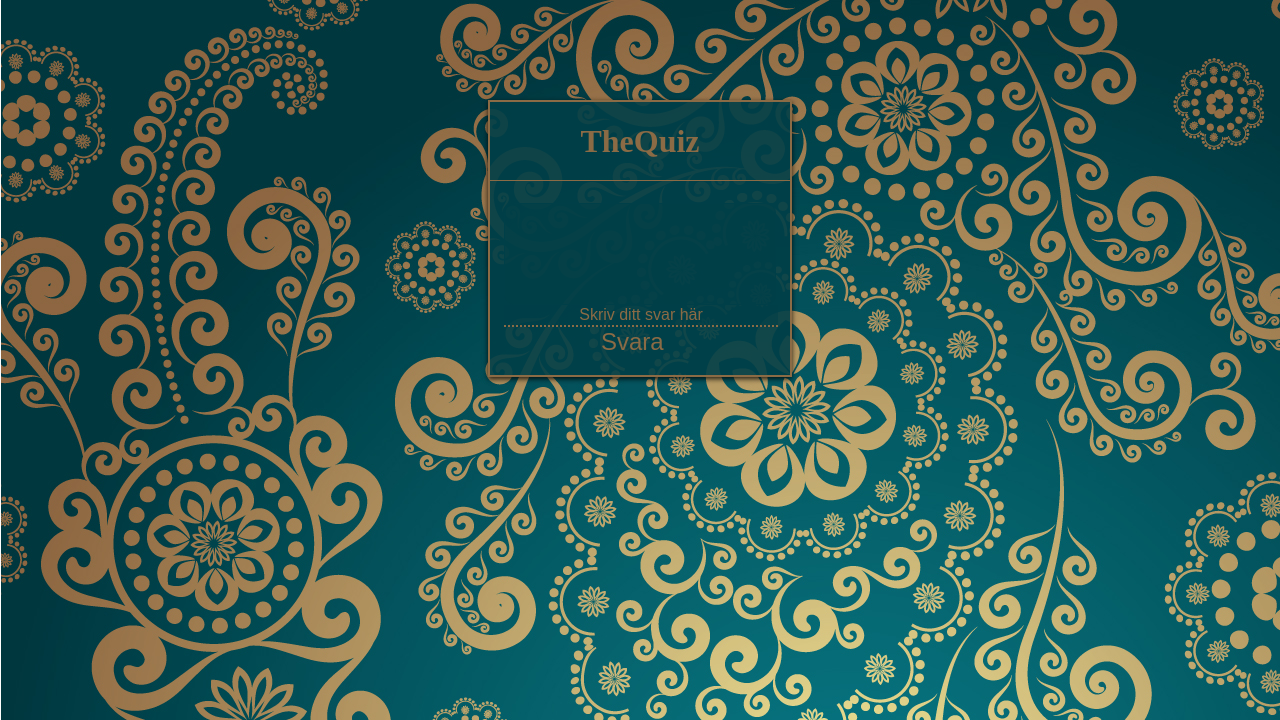
Repository: RebeccaFransson/1dv403-laborationer
Page: 4-thequiz/index.html
The author's editor kept a record of every edit. The page is drawn from the files as they stood at one moment, then again after the next edit.
The browser window is 1280 px wide. The pictures show the whole page.
The page's requests for data from a server got no answer.

Above is the page before.

### 4-thequiz/index.html
<!DOCTYPE html>
<html lang="sv">
<head>
	<meta charset="UTF-8" />
	<link rel="stylesheet" href="style.css" />
    <title>JavaScript - TheQuiz</title>
</head>
    <body>
        <div id="content">
        <header><h1>TheQuiz</h1></header>
        <div id="nr">
            <div id="quest"></div>

        </div>
        <form>
     		<input id="answer" placeholder="Skriv ditt svar här" type="text" id="textvalue" >
     		<input type="submit" value="Svara" id="send"/>
     		<p id="value"></p>
        </form>

        <div id="wrong" class="hidden" >
            <h2>Fel svar</h2> försök igen!
        </div>
        <div id="right" class="hidden" >
            <h2>Rätt svar</h2> nu svara på nästa fråga!
        </div>

 		</div>
 		<script src="script/theQuiz.js"></script>
    </body>
</html>

### 4-thequiz/style.css
body{
    background-image: url('BG.jpg');
    color:#8B6B45;
}
#content{
    width:300px;
    margin:auto;
    margin-top:100px;
    border: 2px solid #8B6B45;
    box-shadow: 0 2px 5px rgba(0, 0, 0, 0.8);
    background-color:rgba(0, 63, 72, 0.9);

}
h1{
    width: 300px;
    text-align:center;
    border:rgba(0, 63, 72, 0.5);
    border-bottom:1px solid #8B6B45;
    padding-bottom:20px;
}
#nr{
    width: 270px;
    height:100px;
    margin:auto;
    text-shadow: 0 2px 5px rgba(0, 0, 0, 0.8);
    text-align:center;
    font-size:1em;
    background-color:rgba(0, 63, 72, 0.7);
    border:1px solid rgb(0, 63, 72);
    -moz-border-radius: 10px;
    border-radius: 10px;
}
#quest{
    text-shadow: 0 2px 5px rgba(0, 0, 0, 0.3);
    text-align:center;
    font-size:2em;
    margin:10px;
}
form{
    width:270px;
    height:70px;
    margin:auto;
}
#answer{
    width:270px;
    position:relative;
    right:1px;
    border:rgba(0, 63, 72, 0.5);
    border-bottom:2px dotted #8B6B45;
    text-align:center;
    font-size:1em;
    background-color:rgba(0, 63, 72, 0.5);
    color: #8B6B45;
}
#send{
    width:70px;
    color: #8B6B45;
    margin-left:90px;
    border:none;
    font-size:1.5em;
    background-color:rgba(0, 63, 72, 0.1);

}
#send:hover{
    color:rgb(0, 63, 72);
}
::-webkit-input-placeholder {
   color: #8B6B45;
}

:-moz-placeholder { /* Firefox 18- */
   color: #8B6B45;
}

::-moz-placeholder {  /* Firefox 19+ */
   color: #8B6B45;
}

:-ms-input-placeholder {
   color: #8B6B45;
}

.answer{
    width:300px;
    font-size:1.5em;
    text-align:center;
    position:absolute;
    top:270px;
    -moz-border-radius: 10px;
    border-radius: 10px;
    box-shadow: 0 5px 5px rgba(0, 0, 0, 0.8);
}
h2{
    font-size:1.8em;
    text-shadow: 0 2px 5px rgba(0, 0, 0, 0.3);
    margin:0;
}
#wrong{
    background-color:red;
}
#right{
    background-color:green;
}
.hidden{
    display:none;
}

### 4-thequiz/script/theQuiz.js
window.onload = function()  {


        var xhr = new XMLHttpRequest();

        xhr.onreadystatechange = function(){ //denna kod skall köras när vi får ett svar
            console.log('svar');
            if(xhr.readyState === 4 && xhr.status === 200){//allt ok

                var quest = JSON.parse(xhr.responseText);
                console.log('OK'+quest.question); //svarstext

                document.getElementById('quest').innerHTML = quest.question;

                document.getElementById('send').addEventListener('click', function(e){//hämtar ut knapp, sätter klick

            });


            }else if(xhr.status === 404){
                    console.log('Hittades ej');
            }else{
                console.log('Fått tillbaka svar men annat fel' + xhr.readyState);
            }


        };

        xhr.open('GET', "http://vhost3.lnu.se:20080/question/1", true); //asynkromt anrop

        xhr.send(null);



}

var send = function(){


                var input = document.getElementById('textvalue').value;

                xhr.open('POST', quest.nextURL, true);//skicka data till nästa url
                xhr.setRequestHeader('Content-Type', 'application/json');//talar om att ypen är json
                var product = {
                    id: 1,
                    answer: input,
                }
                xhr.send(JSON.stringify(product));

                console.log(back.message);
}

After the next edit:
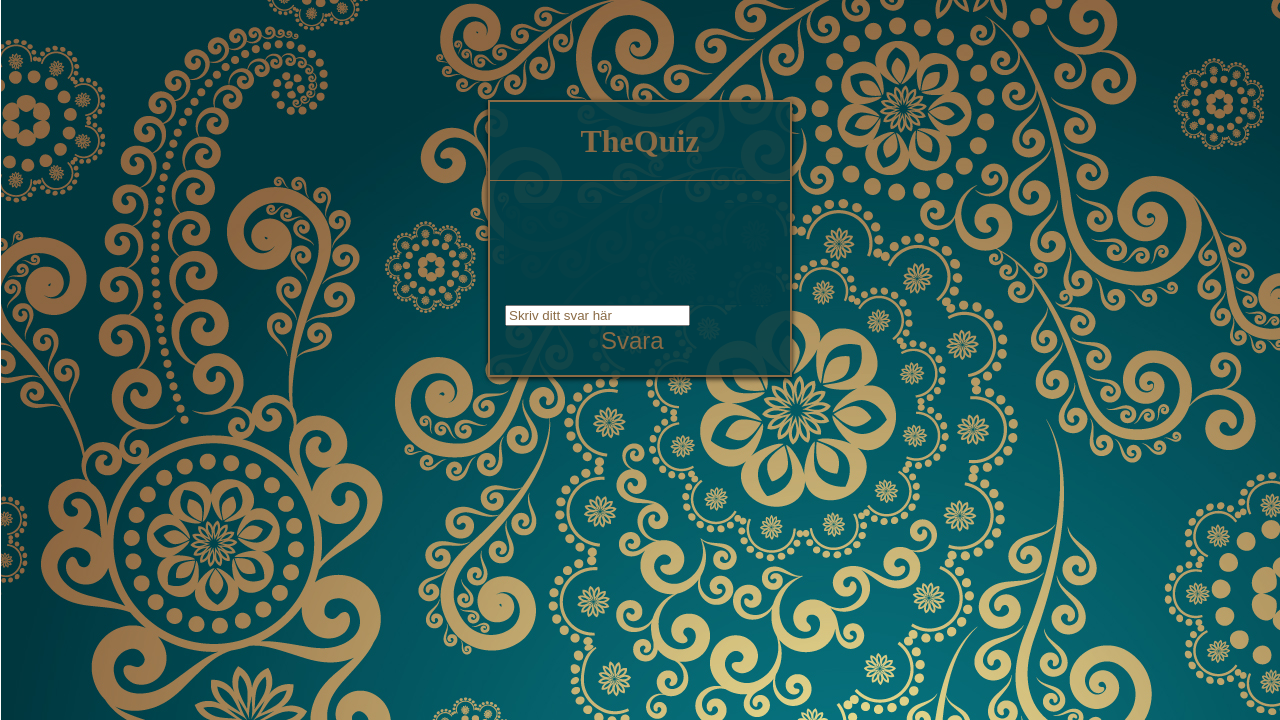
The edit:
--- a/4-thequiz/index.html
+++ b/4-thequiz/index.html
@@ -13,7 +13,7 @@
 
         </div>
         <form>
-     		<input id="answer" placeholder="Skriv ditt svar här" type="text" id="textvalue" >
+     		<input placeholder="Skriv ditt svar här" type="text" id="textvalue" >
      		<input type="submit" value="Svara" id="send"/>
      		<p id="value"></p>
         </form>
